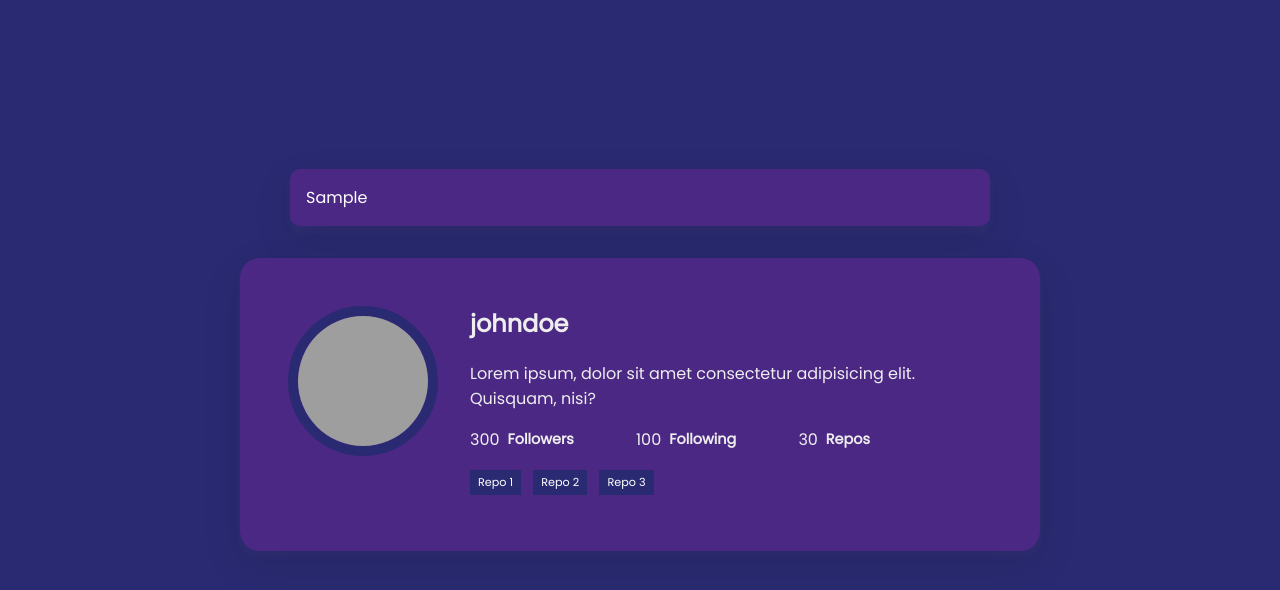
Repository: eagle-tex/50-projects-BT
Page: 28-github-profiles/index.html
An editor plug-in stored every save of this project. The page is shown before and after the next save, followed by the edit.
The browser window is 1280 px wide. The pictures show the whole page.
Empty fields were first filled with sample values (such as "Sample", 5 or name@example.com).
After loading, the first visible `#form` was submitted once.
Pictures or frames that could not be fetched are drawn as grey boxes. The page's requests for data from a server got no answer. Some web libraries are served in a nearby version.

Above is the page before, as saved 2021-01-23 15:59:50.

### 28-github-profiles/index.html
<!DOCTYPE html>
<html lang="en">

<head>
  <meta charset="UTF-8" />
  <meta name="viewport" content="width=device-width, initial-scale=1.0" />
  <link rel="stylesheet" href="style.css" />
  <title>Github Profiles</title>
</head>

<body>
  <form class="user-form" id="form">
    <input type="text" id="search" placeholder="Search a Github User">
  </form>

  <main id="main">
    <div class="card">
      <div>
        <img src="https://randomuser.me/api/portraits/men/30.jpg" alt="" class="avatar">
      </div>
      <div class="user-info">
        <h2>johndoe</h2>
        <p>Lorem ipsum, dolor sit amet consectetur adipisicing elit. Quisquam, nisi?</p>

        <ul>
          <li>300 <strong>Followers</strong></li>
          <li>100 <strong>Following</strong></li>
          <li>30 <strong>Repos</strong></li>
        </ul>

        <div id="repos">
          <a href="#" class="repo">Repo 1</a>
          <a href="#" class="repo">Repo 2</a>
          <a href="#" class="repo">Repo 3</a>
        </div>

      </div>
    </div>
  </main>

  <script src="https://cdnjs.cloudflare.com/ajax/libs/axios/0.21.1/axios.min.js"
    integrity="sha512-bZS47S7sPOxkjU/4Bt0zrhEtWx0y0CRkhEp8IckzK+ltifIIE9EMIMTuT/mEzoIMewUINruDBIR/jJnbguonqQ=="
    crossorigin="anonymous"></script>
  <script src="script.js"></script>
</body>

</html>

### 28-github-profiles/style.css
@import url('https://fonts.googleapis.com/css2?family=Poppins:wght@200;400&display=swap');

:root {
  --body-bg: #2a2a72;
  --form-bg: #4c2885;
}

* {
  box-sizing: border-box;
}

body {
  background-color: var(--body-bg);
  color: #fff;
  font-family: 'Poppins', sans-serif;
  display: flex;
  flex-direction: column;
  align-items: center;
  justify-content: center;
  height: 100vh;
  overflow: hidden;
  margin: 0;
}

.user-form {
  width: 100%;
  max-width: 700px;
}

.user-form input {
  width: 100%;
  display: block;
  background-color: var(--form-bg);
  border: none;
  border-radius: 10px;
  -webkit-border-radius: 10px;
  -moz-border-radius: 10px;
  -ms-border-radius: 10px;
  -o-border-radius: 10px;
  color: #fff;
  padding: 1rem;
  margin-bottom: 2rem;
  font-family: inherit;
  font-size: 1rem;
  box-shadow: 0 5px 10px rgba(154, 160, 185, 0.05),
    0 15px 40px rgba(0, 0, 0, 0.1);
}

.user-form input::placeholder {
  color: #bbb;
}

.user-form input:focus {
  outline: none;
}

.card {
  max-width: 800px;
  background-color: var(--form-bg);
  border-radius: 20px;
  -webkit-border-radius: 20px;
  -moz-border-radius: 20px;
  -ms-border-radius: 20px;
  -o-border-radius: 20px;
  box-shadow: 0 5px 10px rgba(154, 160, 185, 0.05),
    0 15px 40px rgba(0, 0, 0, 0.1);
  display: flex;
  padding: 3rem;
  margin: 0 1.5rem;
}

.avatar {
  border-radius: 50%;
  -webkit-border-radius: 50%;
  -moz-border-radius: 50%;
  -ms-border-radius: 50%;
  -o-border-radius: 50%;
  border: 10px solid var(--body-bg);
  height: 150px;
  width: 150px;
}

.user-info {
  color: #eee;
  margin-left: 2rem;
}

.user-info h2 {
  margin-top: 0;
}

.user-info ul {
  list-style-type: none;
  display: flex;
  justify-content: space-between;
  padding: 0;
  max-width: 400px;
}

.user-info ul li {
  display: flex;
  align-items: center;
}

.user-info ul li strong {
  font-size: 0.9rem;
  margin-left: 0.5rem;
}

.repo {
  text-decoration: none;
  color: #fff;
  background-color: var(--body-bg);
  font-size: 0.7rem;
  padding: 0.25rem 0.5rem;
  margin-right: 0.5rem;
  margin-bottom: 0.5rem;
  display: inline-block;
}

@media (max-width: 500px) {
  .card {
    flex-direction: column;
    align-items: center;
  }

  .user-form {
    max-width: 400px;
  }
}

### 28-github-profiles/script.js
const APIURL = 'https://api.github.com/usersp/';

const form = document.getElementById('form');
const search = document.getElementById('search');

async function getUser(username) {
  try {
    const { data } = await axios(APIURL + username);

    console.log(data);
  } catch (err) {
    console.log(err);
  }
}

form.addEventListener('submit', (e) => {
  e.preventDefault();

  const user = search.value;
});

// function getUser(username) {
//   // axios(APIURL+username) === axios.get(APIURL+username)
//   axios(APIURL + username)
//     .then((res) => console.log(res.data))
//     .catch((err) => console.log(err));
// }

After the next save:
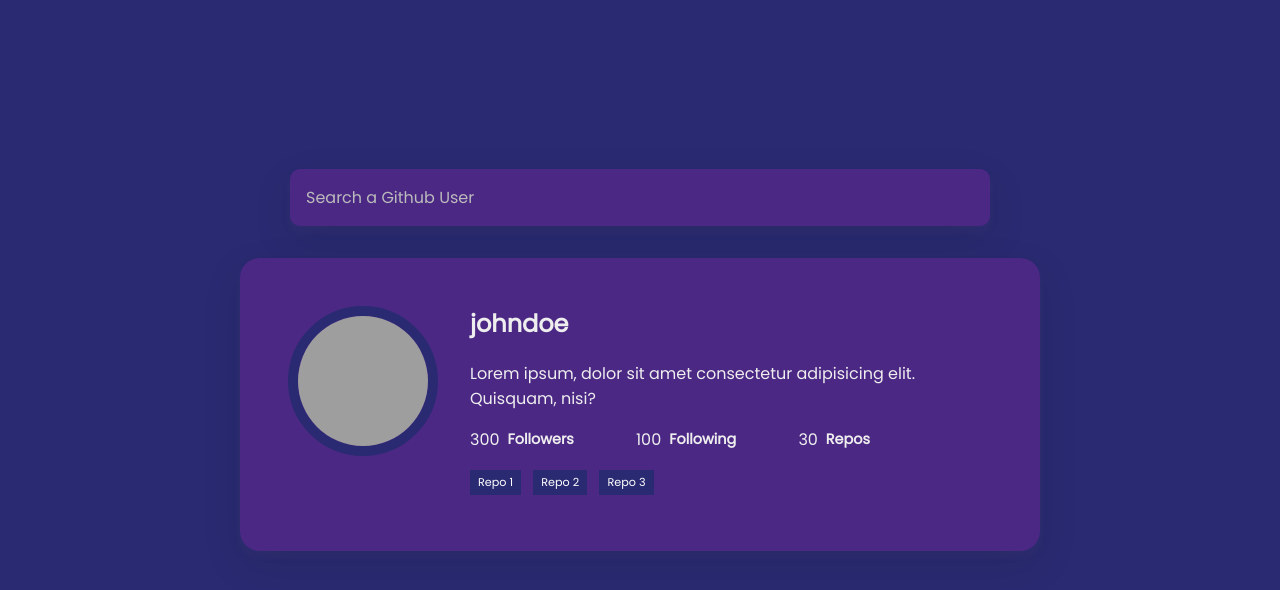
Saved 23 s later.
--- a/28-github-profiles/script.js
+++ b/28-github-profiles/script.js
@@ -17,6 +17,12 @@ form.addEventListener('submit', (e) => {
   e.preventDefault();
 
   const user = search.value;
+
+  if (user) {
+    getUser(user);
+
+    search.value = '';
+  }
 });
 
 // function getUser(username) {
